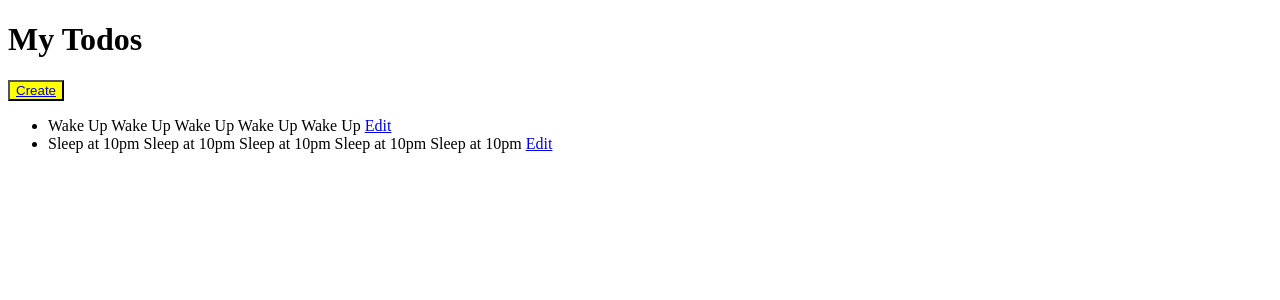
Repository: 99Ace/djangoLesson
Page: http://localhost/todos/
The author's editor kept a record of every edit. The page is drawn from the files as they stood at one moment, then again after the next edit.
The browser window is 1280 px wide. The pictures show the whole page.
The page is served by the project's application, run on Django 2.2 (manage.py). The page reads the database file committed with the project.

Above is the page before.

After the next edit:
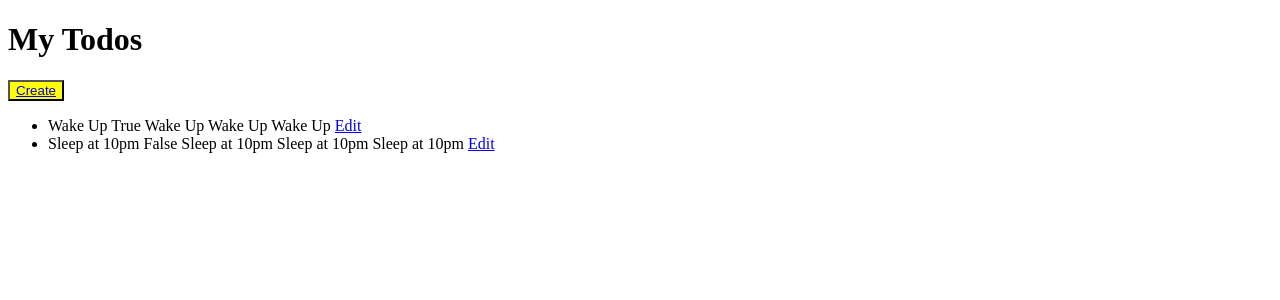
The edit:
--- a/todos/templates/todo.html
+++ b/todos/templates/todo.html
@@ -13,7 +13,7 @@
         {% for i in items %}
          <li>
              {{ i.name }}
-             {{ i.name }}
+             {{ i.done }}
              {{ i.name }}
              {{ i.name }}
              {{ i.name }} <a href="edit/{{i.id}}">Edit</a>
